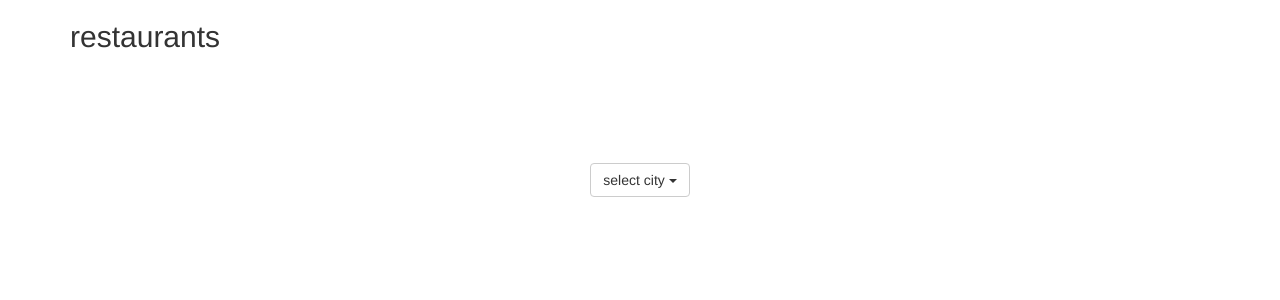
Repository: ganz-95/Denuvo-final
Page: http://localhost/restaurant/
These files come from the project's save history. The page is drawn as it stood at one moment and after the next save; the edit follows.
The browser window is 1280 px wide. The pictures show the whole page.
Some web libraries are served in a nearby version. The page is served by Tomcat 9.

Above is the page before, as saved 2017-01-23 14:46:57.

After the next save:
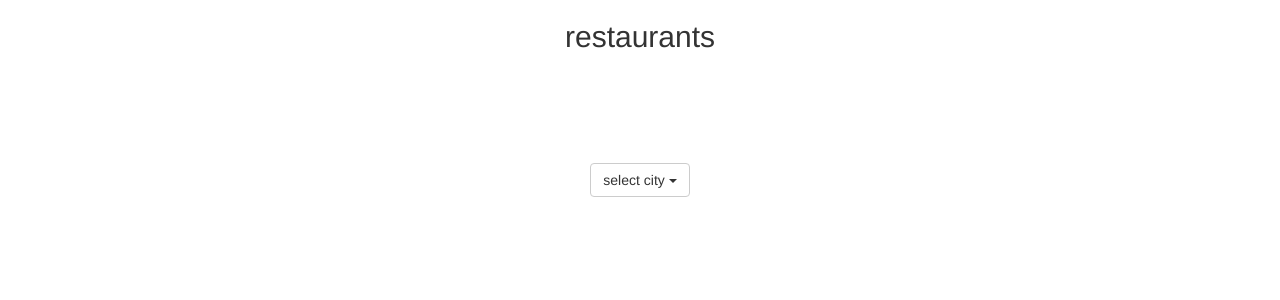
Saved 45 s later.
--- a/workspace/restaurant/src/main/webapp/index.jsp
+++ b/workspace/restaurant/src/main/webapp/index.jsp
@@ -8,11 +8,11 @@
 </head>
 <body>
 
-<div class="container">
+<div class="container" align="center">
   <h2>restaurants</h2>
   <br><br><br><br><br>
 
-  <div class="dropdown" align="center">
+  <div class="dropdown">
     <button class="btn btn-default dropdown-toggle" type="button" data-toggle="dropdown">select city
     <span class="caret"></span></button>
     <ul class="dropdown-menu">
